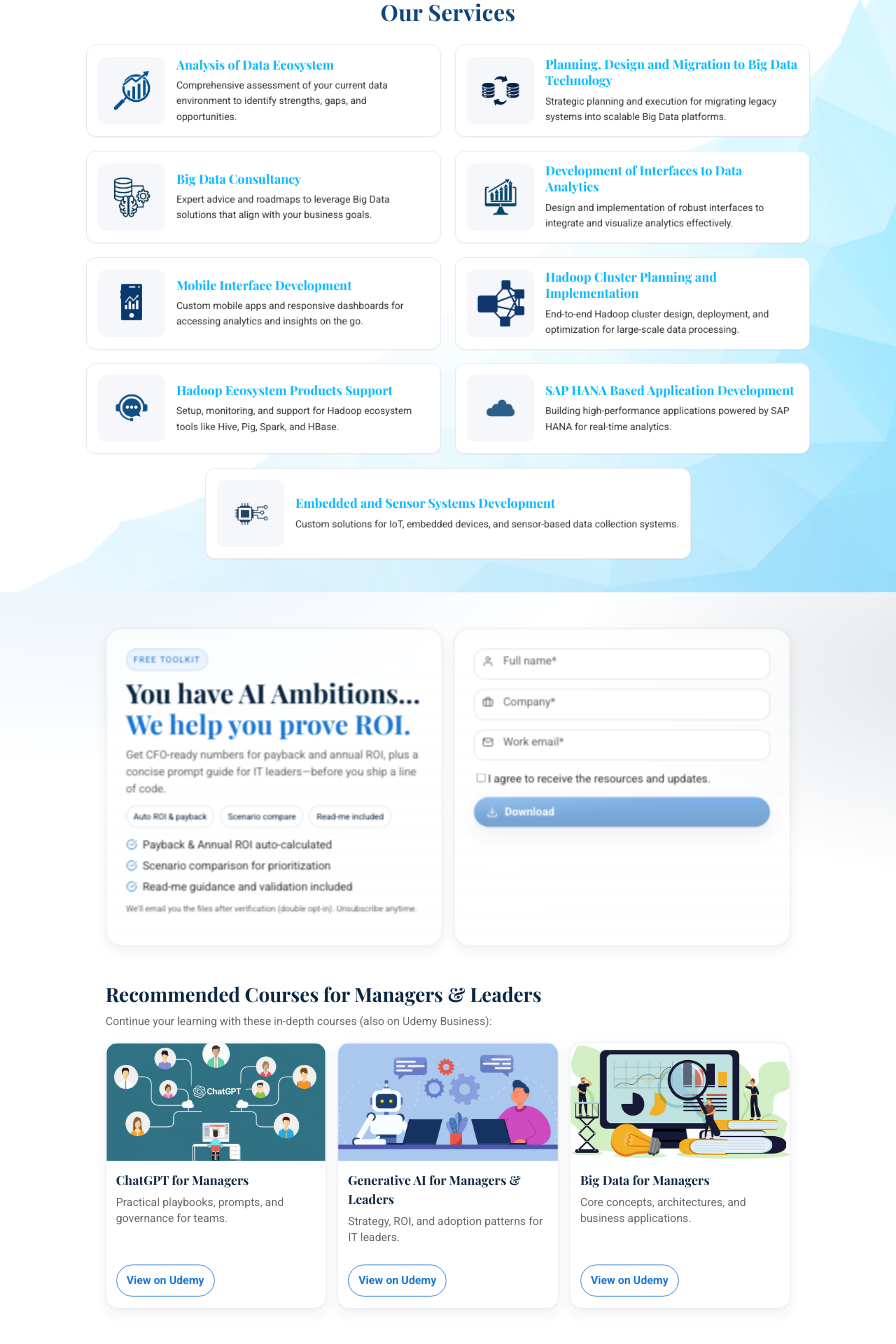
Repository: Yeshwanth-189/spiderOpsNet
Page: / (app in spideropsnet-frontend/)
These files come from the project's save history. The page is drawn as it stood at one moment and after the next save; the edit follows.
The browser window is 1280 px wide. The pictures show the part of the page from y = 1879 to 3799 px (the page is 3799 px tall), at 70% of full size.
The project was rebuilt for these pictures with package versions that can differ from the ones it lists, and the page was loaded fresh each time. Also part of the build but not shown: spideropsnet-frontend/vite.config.js.

Above is the page before, as saved 2025-09-05 18:06:40.

### spideropsnet-frontend/index.html
<!DOCTYPE html>
<html lang="en">
  <head>
    <meta charset="UTF-8" />
    <link rel="icon" type="image/svg+xml" href="/spideropsnet.svg" />
    <link
      href="https://fonts.googleapis.com/css2?family=Playfair+Display:wght@400;600;700&family=Roboto:wght@400;500;700&display=swap"
      rel="stylesheet"
    />
    <meta name="viewport" content="width=device-width, initial-scale=1.0" />
    <title>SpiderOpsNet</title>
  </head>
  <body>
    <div id="root"></div>
    <script type="module" src="/src/main.jsx"></script>
  </body>
</html>

### spideropsnet-frontend/src/App.jsx
import "./App.css";
import SpiderOpsNet from "./components/SpiderOpsNet";
import { BrowserRouter as Router, Routes, Route } from "react-router-dom";

function App() {
  return (
    <>
      <Router>
        <Routes>
          <Route path="/" element={<SpiderOpsNet />} />
          {/* <Route path="/overview" element={<Overview />} />
          <Route path="/profession" element={<Profession />} />
          <Route path="/projects" element={<Project />} />
          <Route path="/education" element={<Education />} />
          <Route path="/skills" element={<Skills />} />
          <Route path="/achievements" element={<Awards />} /> */}
        </Routes>
      </Router>
    </>
  );
}

export default App;

### spideropsnet-frontend/src/App.css
:root {
  /* Brand Colors */
  --color-primary: #0b437c; /* Dark Navy Blue */
  --color-secondary: #00b6fd; /* Professional Light Blue */

  /* Backgrounds */
  --color-bg: #ffffff;
  --color-bg-light: #f5f5f5;

  /* Neutral Grays */
  --color-gray-dark: #333333;
  --color-gray-mid: #666666;
  --color-gray-light: #f5f5f5;

  /* Status Colors */
  --color-success: #2e7d32;
  --color-warning: #ed6c02;
  --color-error: #d32f2f;

  /* Typography */
  --font-heading: "Playfair Display", serif;
  --font-body: "Roboto", sans-serif;

  /* Font Sizes (scalable for responsive design) */
  --text-h1: 2.5rem;
  --text-h2: 2rem;
  --text-h3: 1.5rem;
  --text-body: 1rem;
  --text-small: 0.875rem;

  /* Spacing (consistent padding/margin system) */
  --space-xs: 4px;
  --space-sm: 8px;
  --space-md: 16px;
  --space-lg: 24px;
  --space-xl: 32px;

  /* Border Radius */
  --radius-sm: 4px;
  --radius-md: 8px;
  --radius-lg: 16px;

  /* Shadows */
  --shadow-sm: 0 1px 2px rgba(0, 0, 0, 0.05);
  --shadow-md: 0 4px 6px rgba(0, 0, 0, 0.1);
  --shadow-lg: 0 10px 15px rgba(0, 0, 0, 0.15);
}

html,
body {
  margin: 0;
  padding: 0;
}
* {
  box-sizing: border-box;
}
/* Base Typography */
body {
  font-family: var(--font-body);
  font-size: var(--text-body);
  color: var(--color-gray-dark);
  background-color: var(--color-bg);
  margin: 0;
  padding: 0;
}

h1,
h2,
h3,
h4,
h5,
h6 {
  font-family: var(--font-heading);
  color: var(--color-primary);
  margin: 0 0 var(--space-md);
}

p {
  margin: 0 0 var(--space-md);
  color: var(--color-gray-mid);
}

### spideropsnet-frontend/src/components/SpiderOpsNet.jsx
import React from "react";
import Hero from "../components/Hero";
import NavBar from "../components/NavBar";
import About from "../components/About";
import Services from "../components/Services";
// import Experience from "../components/Experience";
// import Communications from "../components/Communications";
import "../styles/SpiderOpsNet.css";
import Courses from "../components/Courses";

function SpiderOpsNet() {
  return (
    <>
      <NavBar />
      <Hero />
      <About />
      <Services />
      <Courses />
      {/* <Experience />
      <Communications /> */}
    </>
  );
}

export default SpiderOpsNet;

### spideropsnet-frontend/src/components/Hero.jsx
import React from "react";
import "../styles//Hero.css";
import DataMountains from "../assets/DataMountains.png";
// eslint-disable-next-line no-unused-vars
import { motion, useReducedMotion } from "framer-motion";

export default function Hero({
  title = "You have Data Mountains?",
  subtitle = "We have Big Data Solutions!",
  paragraph = "From scalable data pipelines to real-time analytics and AI-assisted insights, we turn your data mountains into business outcomes.",
  ctaText = "View Services",
  onCtaClick = () => {},
  imageAlt = "Abstract mountain range representing big data layers",
}) {
  const prefersReducedMotion = useReducedMotion();

  const initial = prefersReducedMotion ? { opacity: 0 } : { opacity: 0, y: 40 };
  const animate = prefersReducedMotion ? { opacity: 1 } : { opacity: 1, y: 0 };
  const transition = prefersReducedMotion
    ? { duration: 0.6, ease: "easeOut" }
    : { duration: 0.9, ease: "easeOut" };
  return (
    <motion.section
      className="hero"
      aria-label="Data Solutions Hero"
      initial={initial}
      animate={animate}
      transition={transition}
    >
      <header className="hero__header">
        <h1 className="hero__title">{title}</h1>
        <h1 className="hero__subtitle">{subtitle}</h1>
      </header>

      <div className="hero__left">
        <p className="hero__paragraph">{paragraph}</p>
        <button className="hero__cta" onClick={onCtaClick} aria-label={ctaText}>
          {ctaText}
        </button>
      </div>

      <figure className="hero__right">
        <img
          className="hero__image"
          src={DataMountains}
          alt={imageAlt}
          loading="eager"
        />
      </figure>
    </motion.section>
  );
}

### spideropsnet-frontend/src/components/NavBar.jsx
import React, { useState } from "react";
import { Link } from "react-router-dom";
import "../styles/NavBar.css";
import SpiderOpsNet from "../assets/SpiderOpsNet.png";

function Navbar() {
  const [isOpen, setIsOpen] = useState(false);

  return (
    <nav className="navbar">
      <div className="navbar-grid">
        <div className="col-1" />

        <div className="col-2to11 navbar-content">
          <div className="navbar-logo">
            <img
              alt="logo"
              className="navbar-logo-image"
              src={SpiderOpsNet}
            ></img>
            <h2>
              <span className="primary"></span>Spider
              <span className="secondary">OpsNet</span>
            </h2>
            <div className="hamburger" onClick={() => setIsOpen(!isOpen)}>
              <span className={isOpen ? "bar rotate-top" : "bar"}></span>
              <span className={isOpen ? "bar fade" : "bar"}></span>
              <span className={isOpen ? "bar rotate-bottom" : "bar"}></span>
            </div>
          </div>

          {/* Links */}
          <div className={`navbar-links ${isOpen ? "open" : ""}`}>
            <Link to="/Home" onClick={() => setIsOpen(false)}>
              Home
            </Link>
            <Link to="/About" onClick={() => setIsOpen(false)}>
              About
            </Link>
            <Link to="/Services" onClick={() => setIsOpen(false)}>
              Services
            </Link>
            <Link to="/Courses" onClick={() => setIsOpen(false)}>
              Courses
            </Link>
            <Link to="/Projects" onClick={() => setIsOpen(false)}>
              Projects
            </Link>
            <Link to="/Blogs" onClick={() => setIsOpen(false)}>
              Blogs
            </Link>
            <Link to="/Contact" onClick={() => setIsOpen(false)}>
              Contact
            </Link>
          </div>
        </div>

        <div className="col-12" />
      </div>
    </nav>
  );
}

export default Navbar;

### spideropsnet-frontend/src/styles/Hero.css
:root {
  --brand-primary: var(--color-primary, #0a2540); /* Dark Navy */
  --brand-accent: var(--color-accent, #1976d2); /* Light Blue */
  --surface: var(--color-surface, #ffffff);
  --text: var(--color-text, #333333);
  --muted: var(--color-muted, #666666);
  --elev: 24px;
}

/* Grid shell: 12 columns desktop, 4 columns mobile */
.hero {
  --gutter: clamp(12px, 2vw, 24px);
  display: grid;
  grid-template-columns:
    [line1] 1fr /* empty gutter */
    [line2] repeat(10, minmax(0, 1fr)) /* content */
    [line12] 1fr /* empty gutter */
    [line13];
  gap: var(--gutter);
  padding: clamp(32px, 6vw, 80px) var(--gutter);
  background: linear-gradient(180deg, rgb(195, 225, 255), transparent 60%),
    var(--surface);
  color: var(--text);
  margin-top: 5%;
}

.hero__header {
  grid-column: 3 / 12;
}

.hero__title {
  margin: 0 0 8px 0;
  font-size: clamp(28px, 4vw, 56px);
  line-height: 1.1;
  letter-spacing: -0.02em;
  color: var(--brand-primary);
  font-family: "Playfair Display", ui-serif, Georgia, serif;
}

.hero__subtitle {
  margin: 0 0 clamp(16px, 2.5vw, 28px) 0;
  font-size: clamp(18px, 2.2vw, 28px);
  line-height: 1.2;
  color: var(--color-secondary);
  font-family: Roboto, system-ui, -apple-system, Segoe UI, "Helvetica Neue",
    Arial, sans-serif;
}

.hero__left {
  grid-column: 3 / 6;
  align-self: start;
}

.hero__paragraph {
  margin: 0 0 16px 0;
  font-size: clamp(14px, 1.2vw, 18px);
  line-height: 1.7;
  color: var(--color-gray-dark);
}

.hero__cta {
  appearance: none;
  border: none;
  cursor: pointer;
  padding: 12px 18px;
  border-radius: 5px;
  background: var(--brand-accent);
  color: #fff;
  font-weight: 600;
  font-size: 16px;
  box-shadow: 0 6px 20px rgba(25, 118, 210, 0.25);
  transition: transform 120ms ease, box-shadow 120ms ease, filter 120ms ease;
}

.hero__cta:hover {
  transform: translateY(-1px);
  box-shadow: 0 10px 28px rgba(25, 118, 210, 0.35);
}

.hero__cta:active {
  transform: translateY(0);
  filter: brightness(0.96);
}

/* Right block: lines 6 → 12 (i.e., cols 6–11 inclusive) */
.hero__right {
  grid-column: 6 / 12;
  margin: 0;
}

.hero__image {
  width: 100%;
  height: auto;
  display: block;
}

/* Responsive: switch to 4-column grid on mobile */
@media (max-width: 767.98px) {
  .hero {
    grid-template-columns:
      [m1] 1fr /* empty */
      [m2] repeat(2, minmax(0, 1fr)) /* content */
      [m4] 1fr /* empty */
      [m5];
    margin-top: 15%;
  }

  .hero__header,
  .hero__left,
  .hero__right {
    grid-column: 2 / 4; /* span the two content columns */
  }

  .hero__right {
    order: 3;
  }
  .hero__left {
    order: 2;
  }
  .hero__header {
    order: 1;
  }
}

/* Prefers-reduced-motion respect */
@media (prefers-reduced-motion: reduce) {
  .hero__cta {
    transition: none;
  }
}

### spideropsnet-frontend/src/styles/NavBar.css
.navbar {
  position: fixed;
  width: 100%;
  background-color: var(--color-bg);
  z-index: 999;
  padding: 12px 0;
}

.navbar-grid {
  display: grid;
  grid-template-columns: repeat(12, 1fr);
  align-items: center;
  max-width: 1400px;
  margin: 0 auto;
  padding: 0 20px;
}

.col-1 {
  grid-column: 1 / 2;
}

.col-2to11 {
  grid-column: 2 / 12;
  display: flex;
  justify-content: space-between;
  align-items: center;
}

.col-12 {
  display: none;
}

/* Left: Logo */
.navbar-logo {
  font-family: "Playfair Display", serif;
  font-size: 1.3rem;
  color: var(--color-primary);
  display: flex;
  justify-content: flex-start;
  align-items: flex-start;
  gap: 10px;
  width: 100%;
}

.navbar-logo-image {
  width: 5%;
}

.primary {
  color: #0a2540;
}

.secondary {
  color: #00b6fd;
}

/* Right: Links */
.navbar-links {
  display: flex;
  gap: 32px;
  font-family: "Playfair Display", serif;
  font-size: 0.95rem;
}

.navbar-links a {
  color: var(--color-secondary);
  text-decoration: none;
  transition: color 0.3s ease;
  position: relative;
}

.navbar-links a:hover {
  color: var(--color-primary);
}

.navbar-links a::after {
  content: "";
  display: block;
  height: 2px;
  width: 0;
  background-color: var(--color-secondary);
  transition: width 0.3s ease;
  position: absolute;
  bottom: -4px;
  left: 0;
}

.navbar-links a:hover::after {
  width: 100%;
}
.hamburger {
  display: none;
  flex-direction: column;
  justify-content: center;
  align-items: flex-end;
  gap: 5px;
  margin-left: auto;
  cursor: pointer;
  z-index: 1000;
}

.bar {
  width: 22px;
  height: 3px;
  background-color: var(--color-primary);
  transition: all 0.3s ease;
}

.rotate-top {
  transform: rotate(45deg) translateY(8px);
}

.fade {
  opacity: 0;
}

.rotate-bottom {
  transform: rotate(-45deg) translateY(-8px);
}

/* Responsive */
@media screen and (max-width: 768px) {
  .navbar-grid {
    grid-template-columns: 1fr;
  }

  .col-2to11 {
    flex-direction: column;
    gap: 14px;
    grid-column: span 12;
  }

  .navbar-logo {
    font-size: 1.1rem;
  }

  .navbar-logo-image {
    width: 10%;
  }

  .navbar-links {
    flex-direction: column;
    gap: 12px;
  }
  @media screen and (max-width: 768px) {
    .hamburger {
      margin-top: 5%;
      display: flex;
    }
    .navbar {
      top: 0;
      border-bottom: 1px solid #0a2540;
    }

    .navbar-links {
      display: none;
      flex-direction: column;
      gap: 16px;
      margin-top: 1rem;
      width: 100%;
    }

    .navbar-links.open {
      display: flex;
      animation: fadeIn 0.3s ease-in-out;
    }
  }

  @keyframes fadeIn {
    from {
      opacity: 0;
      transform: translateY(-10px);
    }
    to {
      opacity: 1;
      transform: translateY(0);
    }
  }
}

### spideropsnet-frontend/src/styles/Courses.css
/* src/styles/Courses.css */
/* Uses your palette (variables.css) if present. Falls back to defaults. */
:root {
  --navy: var(--color-navy, #0a2540);
  --blue: var(--color-blue, #1976d2);
  --bg: var(--color-bg, #ffffff);
  --g900: var(--gray-900, #333333);
  --g600: var(--gray-600, #666666);
  --g100: var(--gray-100, #f5f5f5);

  --radius-lg: 16px;
  --radius-xl: 22px;
  --shadow-sm: 0 6px 18px rgba(10, 37, 64, 0.08);
  --shadow-md: 0 10px 30px rgba(10, 37, 64, 0.12);
  --focus: 0 0 0 3px rgba(25, 118, 210, 0.25);
  --gutter: 16px;
}

/* Section background: gradient mesh with subtle noise */
.courses-wrap {
  position: relative;
  padding: clamp(28px, 4vw, 56px) 0;
  color: var(--g900);
  background: radial-gradient(
      1200px 600px at 10% -10%,
      rgba(25, 118, 210, 0.1),
      transparent 60%
    ),
    radial-gradient(
      1000px 500px at 110% 10%,
      rgba(10, 37, 64, 0.12),
      transparent 60%
    ),
    var(--bg);
  overflow: hidden;
}

/* 12-col scaffold */
.grid12 {
  display: grid;
  grid-template-columns: repeat(12, minmax(0, 1fr));
  gap: var(--gutter);
  width: min(1200px, 92vw);
  margin-inline: auto;
}

/* Glass card look (both columns) */
.glass-card {
  position: relative;
  background: linear-gradient(
    180deg,
    rgba(255, 255, 255, 0.72),
    rgba(255, 255, 255, 0.66)
  );
  backdrop-filter: blur(6px);
  -webkit-backdrop-filter: blur(6px);
  border-radius: var(--radius-xl);
  border: 1px solid rgba(10, 37, 64, 0.1);
  box-shadow: var(--shadow-sm);
}

/* Top split */
.roi-download {
  align-items: stretch;
  margin-bottom: clamp(24px, 4vw, 48px);
}
.roi-download .col-left {
  grid-column: 2 / 7;
  padding: clamp(18px, 2.2vw, 28px);
}
.roi-download .col-right {
  grid-column: 7 / 12;
  padding: clamp(18px, 2.2vw, 28px);
}

/* Kicker + headings */
.kicker {
  display: inline-block;
  font-size: 12px;
  letter-spacing: 0.12em;
  text-transform: uppercase;
  color: var(--blue);
  background: rgba(25, 118, 210, 0.08);
  border: 1px solid rgba(25, 118, 210, 0.2);
  padding: 6px 10px;
  border-radius: 999px;
  margin-bottom: 10px;
}

.roi-title {
  font-family: "Playfair Display", serif;
  font-size: clamp(26px, 3.2vw, 38px);
  line-height: 1.15;
  color: var(--navy);
  margin: 0 0 10px;
}
.roi-title .accent {
  color: var(--blue);
}

.roi-desc {
  margin: 0 0 12px;
  color: var(--g600);
}

/* feature chips */
.chips {
  display: flex;
  flex-wrap: wrap;
  gap: 8px;
  margin: 8px 0 12px;
  padding: 0;
  list-style: none;
}
.chips li {
  font-size: 12px;
  color: var(--navy);
  border: 1px solid rgba(10, 37, 64, 0.12);
  border-radius: 999px;
  padding: 6px 10px;
  background: rgba(255, 255, 255, 0.7);
}

.roi-bullets {
  margin: 0 0 10px 0;
  padding: 0;
  list-style: none;
}
.roi-bullets li {
  display: flex;
  align-items: center;
  gap: 8px;
  color: var(--g900);
  margin: 6px 0;
}
.roi-bullets svg {
  flex: 0 0 auto;
  color: var(--blue);
}

.fine-print {
  font-size: 12px;
  color: var(--g600);
  margin-top: 6px;
}

/* Floating label inputs with icons */
.download-form {
  display: grid;
  gap: 14px;
}

.fl-input {
  position: relative;
  display: grid;
}
.fl-input input {
  width: 100%;
  padding: 14px 12px 12px 40px; /* room for icon */
  border-radius: 14px;
  border: 1px solid rgba(10, 37, 64, 0.14);
  background: #fff;
  color: var(--g900);
  font-size: 14px;
  outline: none;
  transition: box-shadow 0.15s ease, border-color 0.15s ease,
    transform 0.05s ease;
}
.fl-input input:focus {
  border-color: var(--blue);
  box-shadow: var(--focus);
}
.fl-input .fl-icon {
  position: absolute;
  left: 12px;
  top: 40%;
  transform: translateY(-50%);
  pointer-events: none;
  opacity: 0.8;
}
.fl-input label {
  position: absolute;
  left: 40px;
  top: 40%;
  transform: translateY(-50%);
  color: var(--g600);
  background: transparent;
  transition: all 0.15s ease;
  padding: 0 0.2ch;
  pointer-events: none;
}
.fl-input input:not(:placeholder-shown) + label,
.fl-input input:focus + label {
  top: -8px;
  transform: none;
  font-size: 12px;
  color: var(--blue);
  background: #fff;
  border-radius: 6px;
  padding: 0 6px;
}
.fl-input.invalid input {
  border-color: #d32f2f;
}
.fl-input.invalid input:focus {
  box-shadow: 0 0 0 3px rgba(211, 47, 47, 0.15);
}
.field-error {
  margin-top: 6px;
  font-size: 12px;
  color: #d32f2f;
}

/* CTA button with gradient edge + ripple */
.btn-download {
  position: relative;
  display: inline-flex;
  align-items: center;
  gap: 10px;
  padding: 12px 18px;
  border-radius: 999px;
  border: 0;
  font-weight: 600;
  color: #fff;
  cursor: pointer;
  overflow: hidden;
  box-shadow: var(--shadow-md);
  isolation: isolate;
  background: linear-gradient(180deg, #1d7fe3, #1668b6);
  transition: transform 0.06s ease, filter 0.18s ease;
}
.btn-download .btn-bg {
  position: absolute;
  inset: 0;
  pointer-events: none;
  background: radial-gradient(
    120% 120% at 0% 0%,
    rgba(255, 255, 255, 0.25),
    transparent 60%
  );
  opacity: 0.8;
  mix-blend-mode: screen;
}
.btn-download:disabled {
  opacity: 0.6;
  cursor: not-allowed;
  filter: grayscale(0.1);
}
.btn-download:hover:not(:disabled) {
  filter: brightness(1.04);
}
.btn-download:active:not(:disabled) {
  transform: translateY(1px);
}
.btn-download .btn-ripple {
  position: absolute;
  inset: 0;
  opacity: 0;
  background: radial-gradient(
    180px 180px at var(--x, 50%) var(--y, 50%),
    rgba(255, 255, 255, 0.35),
    transparent 40%
  );
  transition: opacity 0.25s ease;
}
.btn-download:focus-visible {
  outline: none;
  box-shadow: var(--focus);
}

/* Ripple interaction */
.btn-download:where(:hover, :focus-visible) .btn-ripple {
  opacity: 0.9;
}

/* Success */
.form-success {
  margin-top: 6px;
  font-size: 14px;
  color: #2e7d32;
}

/* Courses area */
.courses-grid {
  row-gap: 18px;
}
.col-2-11 {
  grid-column: 2 / 12;
}

.courses-head h3 {
  margin: 0;
  font-family: "Playfair Display", serif;
  font-size: clamp(20px, 2.2vw, 28px);
  color: var(--navy);
}
.subhead {
  margin: 6px 0 0;
  color: var(--g600);
}

.courses-cards {
  display: grid;
  grid-template-columns: repeat(3, minmax(0, 1fr));
  gap: 16px;
}
.course-card {
  background: #fff;
  border: 1px solid rgba(10, 37, 64, 0.08);
  border-radius: var(--radius-lg);
  overflow: hidden;
  display: grid;
  grid-template-rows: auto 1fr auto;
  box-shadow: var(--shadow-sm);
  transform: translateY(0);
  transition: transform 0.18s ease, box-shadow 0.18s ease,
    border-color 0.18s ease;
}
.course-card:hover {
  transform: translateY(-3px);
  box-shadow: 0 16px 36px rgba(10, 37, 64, 0.12);
  border-color: rgba(10, 37, 64, 0.16);
}
.course-media img {
  width: 100%;
  height: 168px;
  object-fit: cover;
  display: block;
}
.course-body {
  padding: 14px;
}
.course-body h4 {
  margin: 0 0 6px;
  font-size: 18px;
  color: var(--navy);
}
.course-body p {
  margin: 0;
  color: var(--g600);
}
.course-actions {
  padding: 12px 14px 16px;
}

.btn-outline {
  display: inline-block;
  text-decoration: none;
  font-weight: 600;
  border: 1.5px solid var(--blue);
  color: var(--blue);
  padding: 10px 14px;
  border-radius: 999px;
  transition: background 0.15s ease, color 0.15s ease, transform 0.06s ease;
}
.btn-outline:hover {
  background: var(--blue);
  color: #fff;
}
.btn-outline:active {
  transform: translateY(1px);
}

/* Layout responsiveness */
@media (max-width: 1024px) {
  .roi-download .col-left {
    grid-column: 2 / 12;
  }
  .roi-download .col-right {
    grid-column: 2 / 12;
  }
  .courses-cards {
    grid-template-columns: repeat(2, minmax(0, 1fr));
  }
}
@media (max-width: 640px) {
  .grid12 {
    width: 94vw;
  }
  .courses-cards {
    grid-template-columns: 1fr;
  }
}

/* Pointer coordinates for ripple (no JS—works with :hover position on most browsers) */
.btn-download:hover {
  --x: 20%;
  --y: 30%;
}

Loaded but not shown: spideropsnet-frontend/src/main.jsx (common file); spideropsnet-frontend/src/index.css (common file); spideropsnet-frontend/src/components/Courses.jsx (287 lines, source omitted); spideropsnet-frontend/src/components/About.jsx (129 lines, source omitted); spideropsnet-frontend/src/components/Services.jsx (115 lines, source omitted); spideropsnet-frontend/src/styles/About.css (168 lines, source omitted); spideropsnet-frontend/src/styles/Services.css (155 lines, source omitted); spideropsnet-frontend/src/styles/SpiderOpsNet.css (no stored copy; drawn as an empty file)

After the next save:
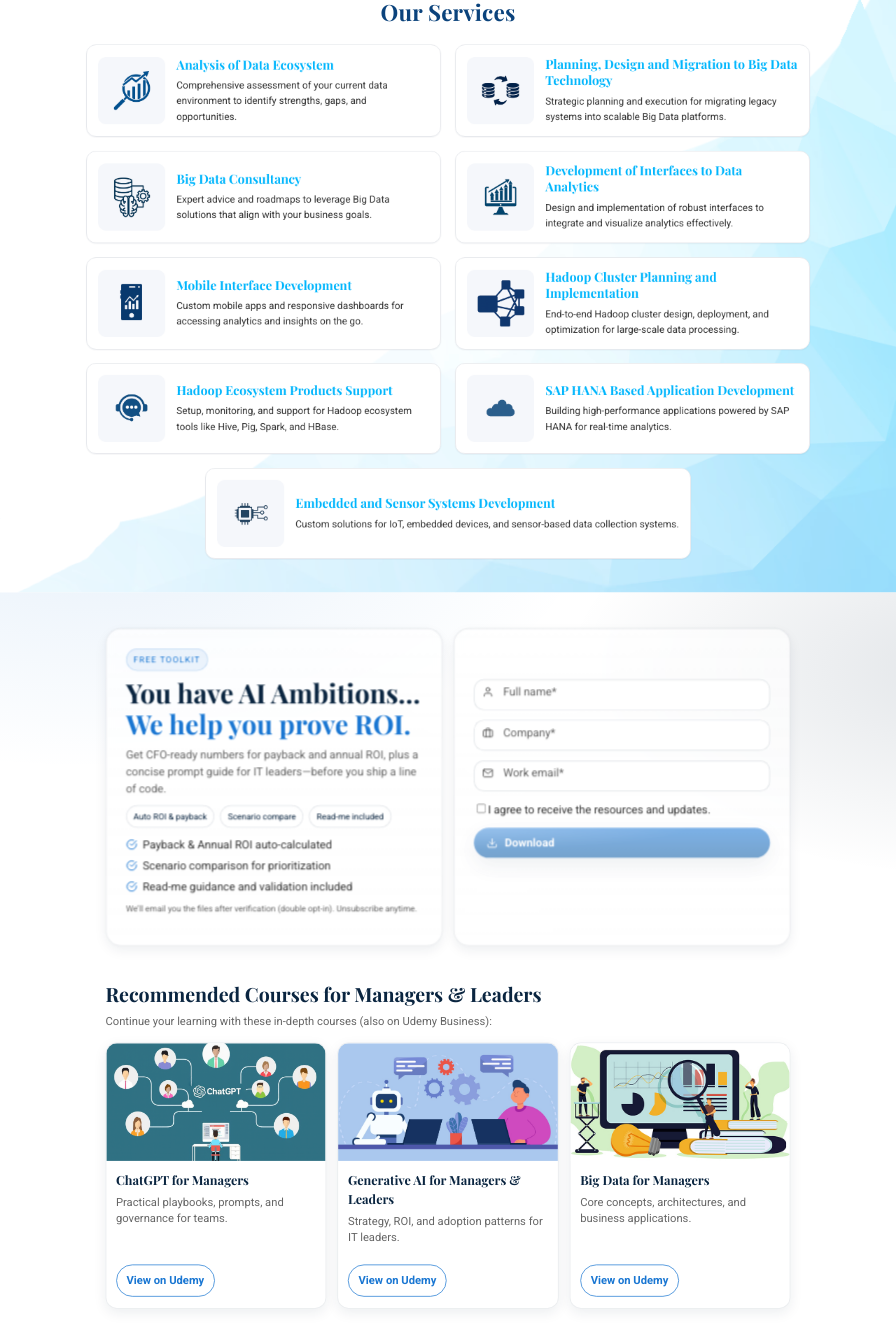
Saved 36 s later.
--- a/spideropsnet-frontend/src/styles/Courses.css
+++ b/spideropsnet-frontend/src/styles/Courses.css
@@ -71,6 +71,7 @@
 .roi-download .col-right {
   grid-column: 7 / 12;
   padding: clamp(18px, 2.2vw, 28px);
+  padding-top: 15%;
 }
 
 /* Kicker + headings */
